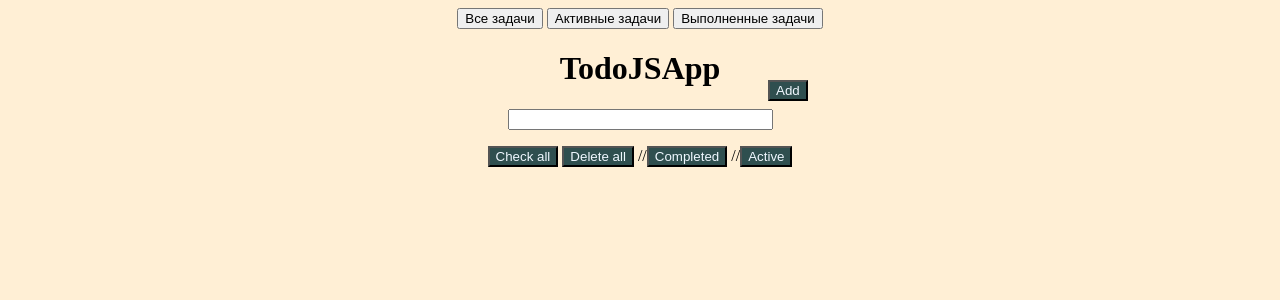
Repository: Follle/Todo
Page: index.html
An editor plug-in stored every save of this project. The page is shown before and after the next save, followed by the edit.
The browser window is 1280 px wide. The pictures show the whole page.

Above is the page before, as saved 2024-03-25 11:46:22.

### index.html
<!DOCTYPE HTML>
<html>
 <head>
  <meta http-equiv="Content-Type" content="text/html; charset=utf-8">
  <title>ToDo</title>
  <script src ="script.js" defer></script>
  <style>
    body{
        background-color: #FFEFD5;

        text-align: center;
    }
  </style>
 </head>
 <body>
  <button onclick="displayTasks('All')">Все задачи</button>
  <button onclick="displayTasks('Active')">Активные задачи</button>
  <button onclick="displayTasks('Completed')">Выполненные задачи</button>

    <h1>TodoJSApp</h1>
    <p style="position: fixed; top:64px; left:60% "><button style = "background:#2F4F4F; color:aliceblue" class="add-btn">Add</button>
    <p style=" top:1"><input maxlength="25" size="30" class="i-1"></p>
    <div class="tasks-list"></div>
    <button style = "background:#2F4F4F; color:aliceblue" class="i-2">Check all</button>
    <button style = "background:#2F4F4F; color:aliceblue" class="i-3">Delete all</button>
    //<button style = "background:#2F4F4F; color:aliceblue" class="i-4">Completed</button>
    //<button style = "background:#2F4F4F; color:aliceblue" class="i-5">Active</button>
  </div>
  <div class="task-list-completed"></div>


 </body>
</html>

### script.js
const btn = document.querySelector('.add-btn');
const inp = document.querySelector('.i-1');
const tasksList= document.querySelector('.tasks-list');
const selectAll = document.querySelector('.i-2');
const cancel = document.querySelector('.i-3');
const showAllCompleted = document.querySelector('.i-4');
const input = document.createElement('input');
const showAllActive = document.querySelector('.i-5');


let tasksArray = [];
let checkAllCount=[];
let notCheckAllCount=0;
let filtrationStatus = 'All';

function addTask () {
    tasksArray.push({
        id: Date.now(),
        text: inp.value,
        isChecked: false,
    });
    render();
}

function chooseTaskStatus(){
    let tempArray;
}

function render() {// выводит инфу

    switch(filtrationStatus){
        case "All":
            tempArray = tasksArray;
            break;
        case "Completed":
            tempArray = tasksArray.filter((item) => item.isChecked);
            break;
        case "Active":
            tempArray = tasksArray.filter((item) => !item.isChecked);
            break;
    }
    tasksList.innerHTML= "";
    tasksArray.forEach((elem) => tasksList.innerHTML += `<div id="${elem.id}">
    <input type="checkbox" ${elem.isChecked ? 'checked' : ''}><label>${elem.text}</label>
    <button>X</button>`);
    countCheck();
    chooseTaskStatus();

}

function changes(event){//изменения инпута
    const taskId = Number(event.target.parentElement.id);
    if (event.target.tagName === 'BUTTON'){
        const elem = tasksArray.findIndex((elem) => elem.id === taskId)
        tasksArray.splice(elem, 1);
        countCheck();
        render();

    }

    if (event.target.tagName === 'INPUT' && event.target.type === 'checkbox'){//удаляет завершенные
        const elem = tasksArray.findIndex((elem) => elem.id === taskId)
        tasksArray[elem].isChecked = !tasksArray[elem].isChecked;
        if (event.target.tagName === 'Enter') {
        addTask();
    }
        countCheck();
        render();

    }


}
function checkAll(){//делает все чекбоксы сделанными
    tasksArray.forEach((elem)=>elem.isChecked =true);
    render();

}

function checkAndDelete(){// удаляет по одному
   tasksArray = tasksArray.filter((item) => !item.isChecked)
   render();
}

function handleEnter (event) { // сохраняет при нажатии enter
    if (event.code === 'Enter') {
        addTask();
    }
}

function editTask(event){//редактирование существующего
    const taskId = Number(event.target.parentElement.id);
    const temp = event.target;
    if (event.target.tagName === 'LABEL')
    {
        input.value = tasksArray[tasksArray.findIndex((item) => item.id === taskId)].text;
        input.id = taskId;
        temp.replaceWith(input);
        input.focus();
    }

}

function saveInput(event){
    if (event.code === 'Enter') { //сохраняет при нажатии enter
        tasksArray[tasksArray.findIndex((item) => Number(item.id) === Number(input.id))].text = input.value;
        render();
    }

    if (event.code === 'Escape'){//отменяет изменения при нажатии escape
        render();
    }
}

input.onblur = function(event) {// сохранение при блюре
    if (event.sourceCapabilities !== null) {
        tasksArray[tasksArray.findIndex((item) => Number(item.id) === Number(input.id))].text = input.value;
    render();
    }
}

function countCheck(){// считает выбранные и не очень
    checkAllCount = tasksArray.filter((item) => item.isChecked).length;
    notCheckAllCount =tasksArray.length - checkAllCount;
    tasksList.innerHTML += `</div><label>${"  " + "All" + "(" + (checkAllCount+notCheckAllCount) + ")" }</label>`;
    tasksList.innerHTML += `</div><label>${"Active" + "(" + checkAllCount + ")" + "  "}</label>` ;
    tasksList.innerHTML += `</div><label>${"  " + "Completed" + "(" + notCheckAllCount + ")" + "     "}</label>`;

}


//function chooseTaskCompleted(event){//оставляет только готовые
    //const tempArray = tasksArray.filter((item) => item.isChecked)
   // render();
//}

// function chooseTaskActive(){
//     tasksArray = tasksArray.filter((item) => !item.isChecked)
//     render();
// }





//showAllActive.addEventListener('click',chooseTaskActive);
//showAllCompleted.addEventListener('click',chooseTaskCompleted);
input.addEventListener('keydown', saveInput);
inp.addEventListener('keydown', handleEnter);
selectAll.addEventListener('click', checkAll);
cancel.addEventListener('click', checkAndDelete);
tasksList.addEventListener('dblclick', editTask);
tasksList.addEventListener('click', changes);
btn.addEventListener('click', addTask);

After the next save:
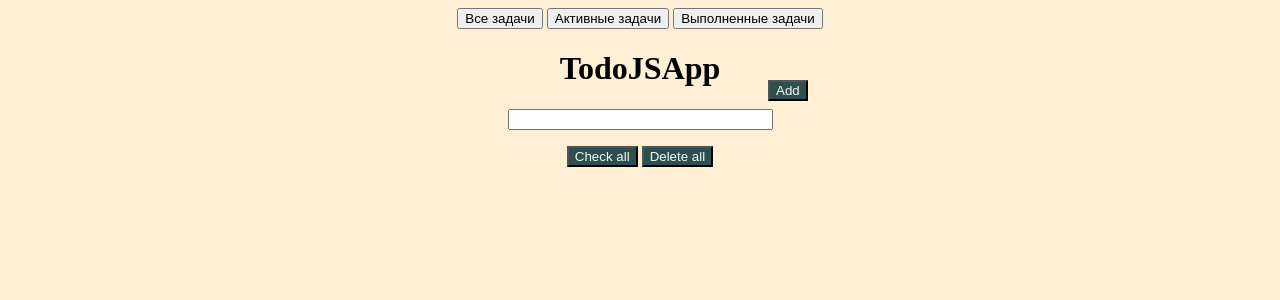
Saved 7 s later.
--- a/index.html
+++ b/index.html
@@ -23,8 +23,6 @@
     <div class="tasks-list"></div>
     <button style = "background:#2F4F4F; color:aliceblue" class="i-2">Check all</button>
     <button style = "background:#2F4F4F; color:aliceblue" class="i-3">Delete all</button>
-    //<button style = "background:#2F4F4F; color:aliceblue" class="i-4">Completed</button>
-    //<button style = "background:#2F4F4F; color:aliceblue" class="i-5">Active</button>
   </div>
   <div class="task-list-completed"></div>
 
